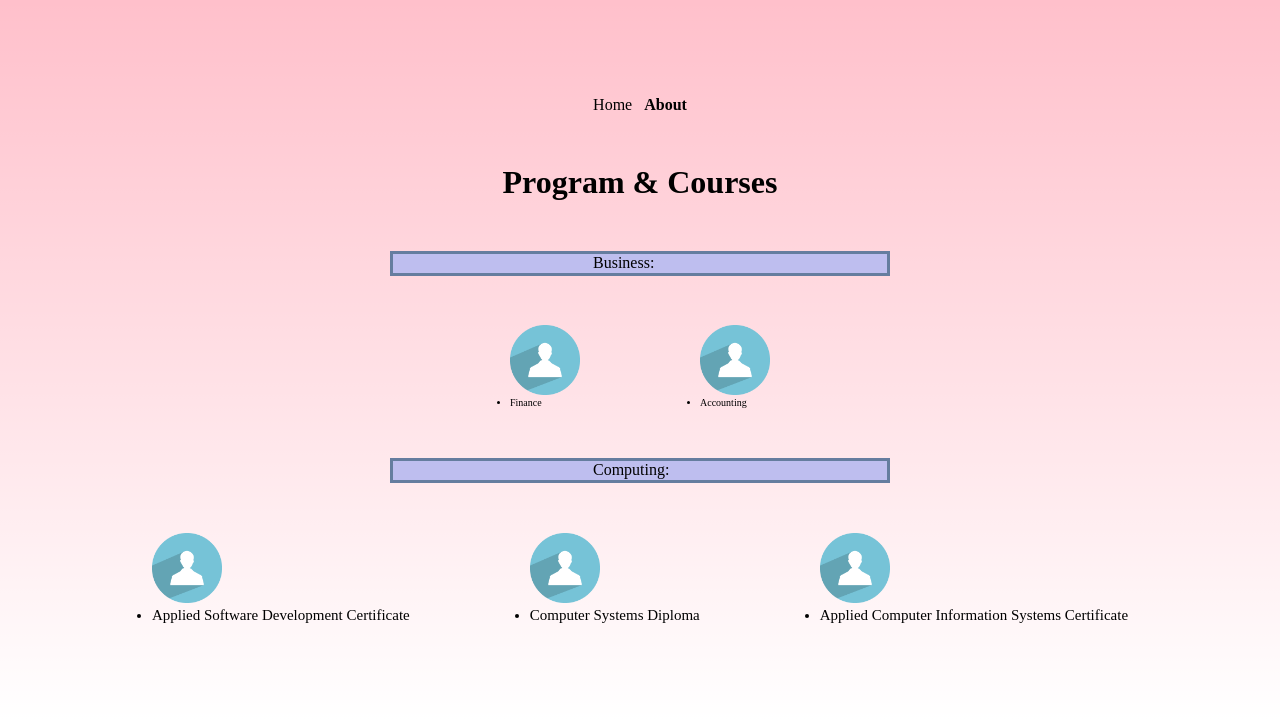
Repository: anoncoderin/madhu-assignment3
Page: /
These files come from the project's save history. The page is drawn as it stood at one moment and after the next save; the edit follows.
The browser window is 1280 px wide. The pictures show the whole page.
The project was rebuilt for these pictures with package versions that can differ from the ones it lists, and the page was loaded fresh each time. The framework's server and built-in components were replaced by stand-ins that run in the browser. Also part of the build but not shown: next.config.js, components/Card/Card.module.css.

Above is the page before, as saved 2023-01-22 22:29:42.

### pages/index.js
import Head from 'next/head'
import Image from 'next/image'
import { Inter } from '@next/font/google'
import styles from '@/styles/Home.module.css'
import { useState } from 'react'
import data from '../data/education.json'
import Link from 'next/link'
import Card from '../components/Card'
import style from '../components/Card/Card.module.css'

export default function Home() {
  console.log(data);
  const [information, setInformation] = useState([...data])
  return (
    <>
      <Head>

      </Head>
      <main className={styles.main}>
        <div className={styles.nav}>
        <p> Home &nbsp;&nbsp;
          <Link href="about"><b>About</b></Link>
        </p>
        </div>
        <h1>Program & Courses</h1>
      <div className={styles.heading}>Business:</div>
      <div className={styles.row}>
      {
        information && information.map((info, index)=>{
          if(info.department === "Business"){
            return(
              <Card key={index} degree={info.degree}></Card>
            )
          }
        })
      }
      </div>
      <div className={styles.heading}>Computing:</div>
      <div className={styles.row}>
      {
        information && information.map((info, index)=>{
          if(info.department === "Computing"){
            return(

              <Card key={index} degree={info.degree} font={15}></Card>
            )
          }
        })
      }
      </div>
      </main>
    </>
  )
}

### styles/globals.css
:root {
  --max-width: 1100px;
  --border-radius: 12px;
  --font-mono: ui-monospace, Menlo, Monaco, 'Cascadia Mono', 'Segoe UI Mono',
    'Roboto Mono', 'Oxygen Mono', 'Ubuntu Monospace', 'Source Code Pro',
    'Fira Mono', 'Droid Sans Mono', 'Courier New', monospace;

  --foreground-rgb: 0, 0, 0;
  --background-start-rgb: 255, 192, 203;
  --background-end-rgb: 255, 255, 255;

  --primary-glow: conic-gradient(
    from 180deg at 50% 50%,
    hsla(78, 61%, 87%, 0.2) 0deg,
    #0885ff33 55deg,
    #54d6ff33 120deg,
    #0071ff33 160deg,
    transparent 360deg
  );
  --secondary-glow: radial-gradient(
    rgba(255, 255, 255, 1),
    rgba(255, 255, 255, 0)
  );

  --tile-start-rgb: 239, 245, 249;
  --tile-end-rgb: 228, 232, 233;
  --tile-border: conic-gradient(
    #00000080,
    #00000040,
    #00000030,
    #00000020,
    #00000010,
    #00000010,
    #00000080
  );

  --callout-rgb: 238, 240, 241;
  --callout-border-rgb: 172, 175, 176;
  --card-rgb: 180, 185, 188;
  --card-border-rgb: 131, 134, 135;
}

@media (prefers-color-scheme: dark) {
  :root {
    --foreground-rgb: 255, 255, 255;
    --background-start-rgb: 0, 0, 0;
    --background-end-rgb: 0, 0, 0;

    --primary-glow: radial-gradient(rgba(1, 65, 255, 0.4), rgba(1, 65, 255, 0));
    --secondary-glow: linear-gradient(
      to bottom right,
      rgba(1, 65, 255, 0),
      rgba(1, 65, 255, 0),
      rgba(1, 65, 255, 0.3)
    );

    --tile-start-rgb: 2, 13, 46;
    --tile-end-rgb: 2, 5, 19;
    --tile-border: conic-gradient(
      #ffffff80,
      #ffffff40,
      #ffffff30,
      #ffffff20,
      #ffffff10,
      #ffffff10,
      #ffffff80
    );

    --callout-rgb: 20, 20, 20;
    --callout-border-rgb: 108, 108, 108;
    --card-rgb: 100, 100, 100;
    --card-border-rgb: 200, 200, 200;
  }
}

* {
  box-sizing: border-box;
  padding: 0;
  margin: 0;
}

html,
body {
  max-width: 100vw;
  overflow-x: hidden;
}

body {
  color: rgb(var(--foreground-rgb));
  background: linear-gradient(
      to bottom,
      transparent,
      rgb(var(--background-end-rgb))
    )
    rgb(var(--background-start-rgb));
}

a {
  color: inherit;
  text-decoration: none;
}

@media (prefers-color-scheme: dark) {
  html {
    color-scheme: dark;
  }
}

### styles/Home.module.css
.main {
  display: flex;
  flex-direction: column;
  justify-content: space-between;
  align-items: center;
  padding: 6rem;
  min-height: 100vh;
}
.row{
  display: flex;
  flex-direction: row;
  justify-content:space-evenly;
  gap: 120px;

}
.nav{
  display: flex;
  flex-direction: row;
  justify-content: space-between;
}


.heading{
  padding-left: 200px;
  height: 25px;
  width: 500px;
  background-color: #bebeef;
  border-style:solid;
  border-color:#657d9f;
}

.degree{
  display: flex;
  flex-direction: column;

  gap: 5px;
}

.description {
  display: inherit;
  justify-content: inherit;
  align-items: inherit;
  font-size: 0.85rem;
  max-width: var(--max-width);
  width: 100%;
  z-index: 2;
  font-family: var(--font-mono);
}

.description a {
  display: flex;
  justify-content: center;
  align-items: center;
  gap: 0.5rem;
}

.description p {
  position: relative;
  margin: 0;
  padding: 1rem;
  background-color: rgba(var(--callout-rgb), 0.5);
  border: 1px solid rgba(var(--callout-border-rgb), 0.3);
  border-radius: var(--border-radius);
}

.code {
  font-weight: 700;
  font-family: var(--font-mono);
}

.grid {
  display: grid;
  grid-template-columns: repeat(4, minmax(25%, auto));
  width: var(--max-width);
  max-width: 100%;
}

.card {
  padding: 1rem 1.2rem;
  border-radius: var(--border-radius);
  background: rgba(var(--card-rgb), 0);
  border: 1px solid rgba(var(--card-border-rgb), 0);
  transition: background 200ms, border 200ms;
}

.card span {
  display: inline-block;
  transition: transform 200ms;
}

.card h2 {
  font-weight: 600;
  margin-bottom: 0.7rem;
}

.card p {
  margin: 0;
  opacity: 0.6;
  font-size: 0.9rem;
  line-height: 1.5;
  max-width: 30ch;
}

.center {
  display: flex;
  justify-content: center;
  align-items: center;
  position: relative;
  padding: 4rem 0;
}

.center::before {
  background: var(--secondary-glow);
  border-radius: 50%;
  width: 480px;
  height: 360px;
  margin-left: -400px;
}

.center::after {
  background: var(--primary-glow);
  width: 240px;
  height: 180px;
  z-index: -1;
}

.center::before,
.center::after {
  content: '';
  left: 50%;
  position: absolute;
  filter: blur(45px);
  transform: translateZ(0);
}

.logo,
.thirteen {
  position: relative;
}

.thirteen {
  display: flex;
  justify-content: center;
  align-items: center;
  width: 75px;
  height: 75px;
  padding: 25px 10px;
  margin-left: 16px;
  transform: translateZ(0);
  border-radius: var(--border-radius);
  overflow: hidden;
  box-shadow: 0px 2px 8px -1px #0000001a;
}

.thirteen::before,
.thirteen::after {
  content: '';
  position: absolute;
  z-index: -1;
}

/* Conic Gradient Animation */
.thirteen::before {
  animation: 6s rotate linear infinite;
  width: 200%;
  height: 200%;
  background: var(--tile-border);
}

/* Inner Square */
.thirteen::after {
  inset: 0;
  padding: 1px;
  border-radius: var(--border-radius);
  background: linear-gradient(
    to bottom right,
    rgba(var(--tile-start-rgb), 1),
    rgba(var(--tile-end-rgb), 1)
  );
  background-clip: content-box;
}

/* Enable hover only on non-touch devices */
@media (hover: hover) and (pointer: fine) {
  .card:hover {
    background: rgba(var(--card-rgb), 0.1);
    border: 1px solid rgba(var(--card-border-rgb), 0.15);
  }

  .card:hover span {
    transform: translateX(4px);
  }
}

@media (prefers-reduced-motion) {
  .thirteen::before {
    animation: none;
  }

  .card:hover span {
    transform: none;
  }
}

/* Mobile */
@media (max-width: 700px) {
  .content {
    padding: 4rem;
  }

  .grid {
    grid-template-columns: 1fr;
    margin-bottom: 120px;
    max-width: 320px;
    text-align: center;
  }

  .card {
    padding: 1rem 2.5rem;
  }

  .card h2 {
    margin-bottom: 0.5rem;
  }

  .center {
    padding: 8rem 0 6rem;
  }

  .center::before {
    transform: none;
    height: 300px;
  }

  .description {
    font-size: 0.8rem;
  }

  .description a {
    padding: 1rem;
  }

  .description p,
  .description div {
    display: flex;
    justify-content: center;
    position: fixed;
    width: 100%;
  }

  .description p {
    align-items: center;
    inset: 0 0 auto;
    padding: 2rem 1rem 1.4rem;
    border-radius: 0;
    border: none;
    border-bottom: 1px solid rgba(var(--callout-border-rgb), 0.25);
    background: linear-gradient(
      to bottom,
      rgba(var(--background-start-rgb), 1),
      rgba(var(--callout-rgb), 0.5)
    );
    background-clip: padding-box;
    backdrop-filter: blur(24px);
  }

  .description div {
    align-items: flex-end;
    pointer-events: none;
    inset: auto 0 0;
    padding: 2rem;
    height: 200px;
    background: linear-gradient(
      to bottom,
      transparent 0%,
      rgb(var(--background-end-rgb)) 40%
    );
    z-index: 1;
  }
}

/* Tablet and Smaller Desktop */
@media (min-width: 701px) and (max-width: 1120px) {
  .grid {
    grid-template-columns: repeat(2, 50%);
  }
}

@media (prefers-color-scheme: dark) {
  .vercelLogo {
    filter: invert(1);
  }

  .logo,
  .thirteen img {
    filter: invert(1) drop-shadow(0 0 0.3rem #ffffff70);
  }
}

@keyframes rotate {
  from {
    transform: rotate(360deg);
  }
  to {
    transform: rotate(0deg);
  }
}

### data/education.json
[
        {
            "studentNumber": "A0004567",
            "firstName": "Person 1",
            "gpa": 3.8,
            "department": "Business",
            "degree": "Finance",
            "graduted": 2014
        },
        {
            "studentNumber": "A0001234",
            "firstName": "Person 2",
            "gpa": 3.5,
            "department": "Business",
            "degree": "Accounting",
            "graduted": 2010
        },
        {
            "studentNumber": "A0007890",
            "firstName": "Person 3",
            "gpa": 3.2,
            "department": "Computing",
            "degree": "Applied Software Development Certificate",
            "graduted": 2018
        },
        {
            "studentNumber": "A0007828",
            "firstName": "Person 4",
            "gpa": 3.9,
            "department": "Computing",
            "degree": "Computer Systems Diploma",
            "graduted": 2021
        },
        {
            "studentNumber": "A0003425",
            "firstName": "Person 5",
            "gpa": 3.2,
            "department": "Computing",
            "degree": "Applied Computer Information Systems Certificate",
            "graduted": 2021
        }

]

### components/Card/index.js
export default function Card(
    {
        degree="none",
        color="purple",
        font=10,
        image='icon/personTwo.png'
    }
){
    return(
        <div  style={{backgroundcolor:color, fontSize:font }}>
           <img src={'icon/person.png'} width="70px"></img>
           <ul> <li>{degree}
            </li>

            </ul>
        </div>
    )
}

Loaded but not shown: pages/_app.js (common file); pages/_document.js (common file)

After the next save:
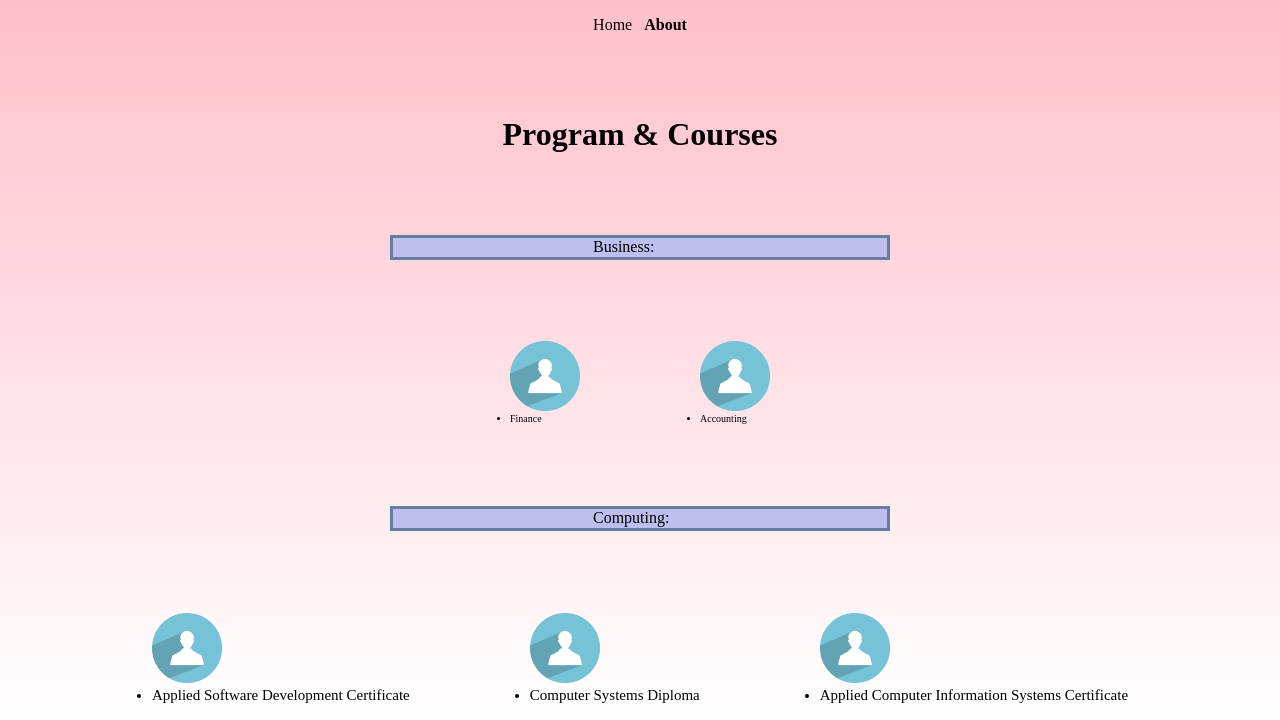
Saved 5 min 9 s later.
--- a/styles/Home.module.css
+++ b/styles/Home.module.css
@@ -3,7 +3,7 @@
   flex-direction: column;
   justify-content: space-between;
   align-items: center;
-  padding: 6rem;
+  padding: 1rem;
   min-height: 100vh;
 }
 .row{
